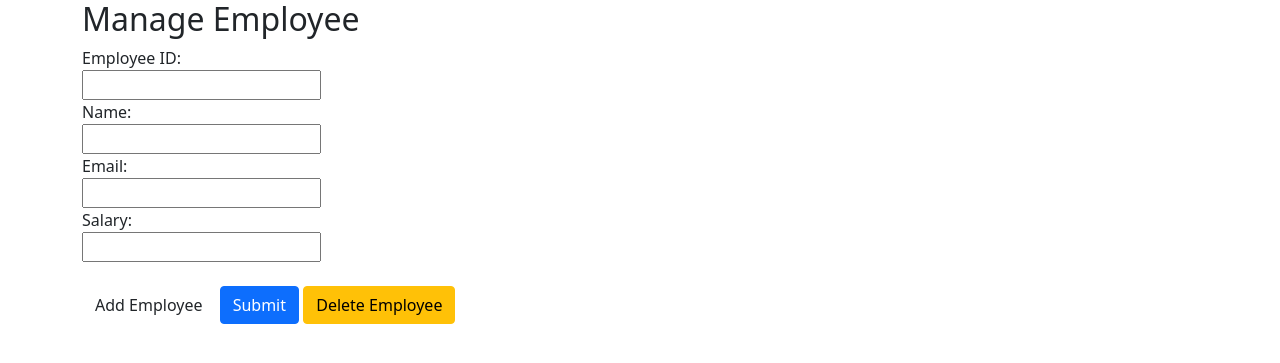
Repository: pradeep9689/monoceptAssignment
Page: http://localhost/08-jdbc-pool-connction/emplyeeAdd.jsp
The author's editor kept a copy of each file at every save. The page is drawn from the files as they stood at one save, then again after the next save.
The browser window is 1280 px wide. The pictures show the whole page.
The page is served by Tomcat 9. Other server files are loaded and not shown.

Above is the page before, as saved 2024-07-16 17:30:00.

### 08-jdbc-pool-connction/WebContent/emplyeeAdd.jsp
<%@ page language="java" contentType="text/html; charset=ISO-8859-1"
    pageEncoding="ISO-8859-1"%>
    <link href="https://cdn.jsdelivr.net/npm/bootstrap@5.0.2/dist/css/bootstrap.min.css" rel="stylesheet" integrity="sha384-EVSTQN3/azprG1Anm3QDgpJLIm9Nao0Yz1ztcQTwFspd3yD65VohhpuuCOmLASjC" crossorigin="anonymous">
<!DOCTYPE html>
<html>
<head>
<meta charset="ISO-8859-1">
<title>Insert title here</title>
</head>
<body>
<div class="container">
 <h2>Manage Employee</h2>
    <form action="EmployeeServlet" method="get">
        <label for="emp_id">Employee ID:</label><br>
        <input type="text" id="emp_id" name="emp_id" required><br>
        <label for="emp_name">Name:</label><br>
        <input type="text" id="emp_name" name="emp_name"><br>
        <label for="emp_mail">Email:</label><br>
        <input type="text" id="emp_mail" name="emp_mail"><br>
        <label for="salary">Salary:</label><br>
        <input type="text" id="salary" name="salary"><br><br>
        <input type="hidden" id="action" name="action" value="add">
        <input type="submit" class="btn btn-secondry" value="Add Employee" onclick="document.getElementById('action').value='add';">
        <input type="submit" class="btn btn-primary" "value="Update Employee" onclick="document.getElementById('action').value='update';">
        <input type="submit" class="btn btn-warning" value="Delete Employee" onclick="document.getElementById('action').value='delete';">
    </form>
    </div>
</body>
</html>

After the next save:
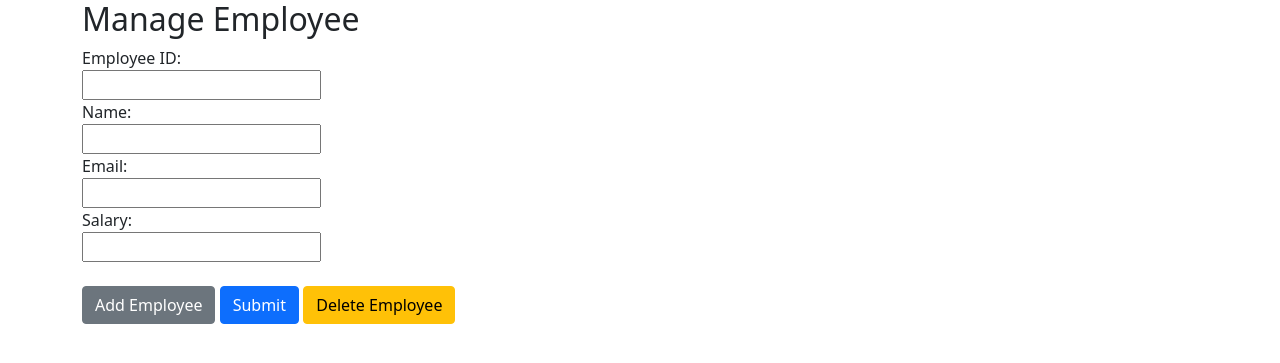
Saved 33 s later.
--- a/08-jdbc-pool-connction/WebContent/emplyeeAdd.jsp
+++ b/08-jdbc-pool-connction/WebContent/emplyeeAdd.jsp
@@ -20,7 +20,7 @@
         <label for="salary">Salary:</label><br>
         <input type="text" id="salary" name="salary"><br><br>
         <input type="hidden" id="action" name="action" value="add">
-        <input type="submit" class="btn btn-secondry" value="Add Employee" onclick="document.getElementById('action').value='add';">
+        <input type="submit" class="btn btn-secondary" value="Add Employee" onclick="document.getElementById('action').value='add';">
         <input type="submit" class="btn btn-primary" "value="Update Employee" onclick="document.getElementById('action').value='update';">
         <input type="submit" class="btn btn-warning" value="Delete Employee" onclick="document.getElementById('action').value='delete';">
     </form>
